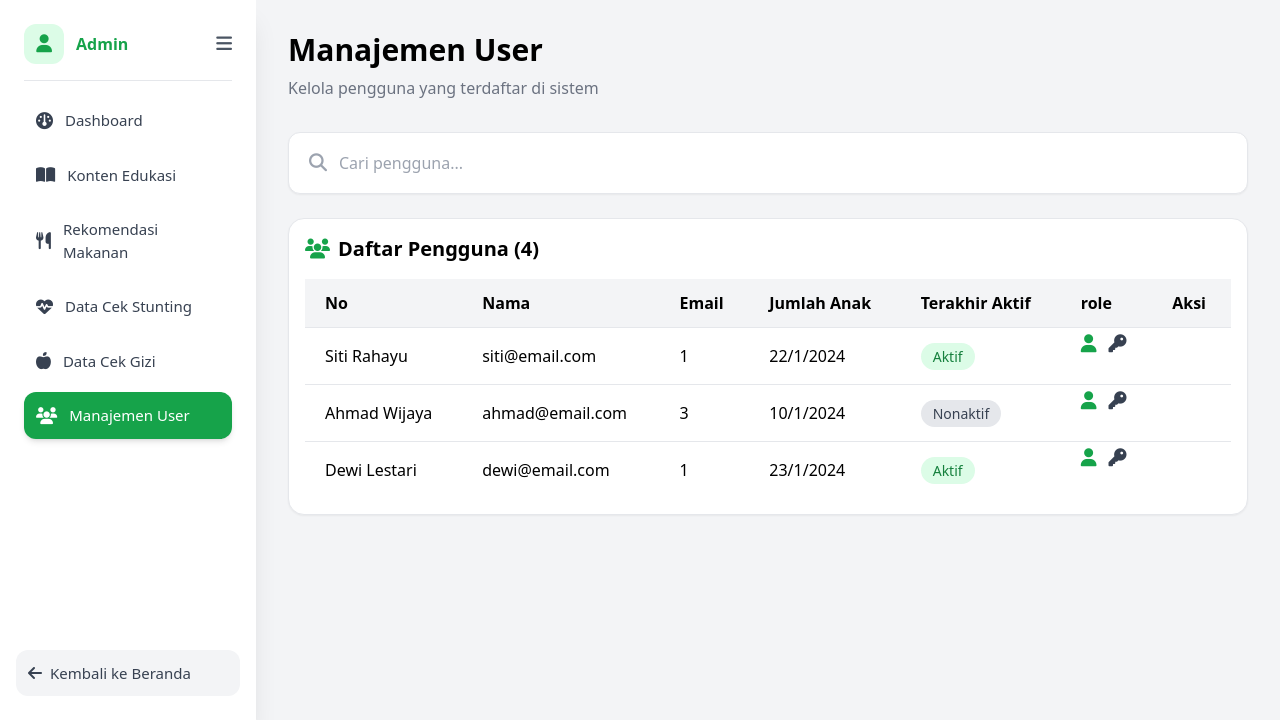
Repository: crashyet/stunting-cerdas
Page: http://localhost/admin/manajemen-user
The author's editor kept a copy of each file at every save. The page is drawn from the files as they stood at one save, then again after a run of saves.
The browser window is 1280 px wide. The pictures show the whole page.
Some web libraries are served in a nearby version. The page is served by the project's Laravel application, run on PHP 8.4 with Laravel 12. A made-up administrator, Test User (test@example.com), is signed in. Queries for data that is not in the repository find no rows.

Above is the page before, as saved 2025-12-09 15:37:30.

After the next 2 saves:
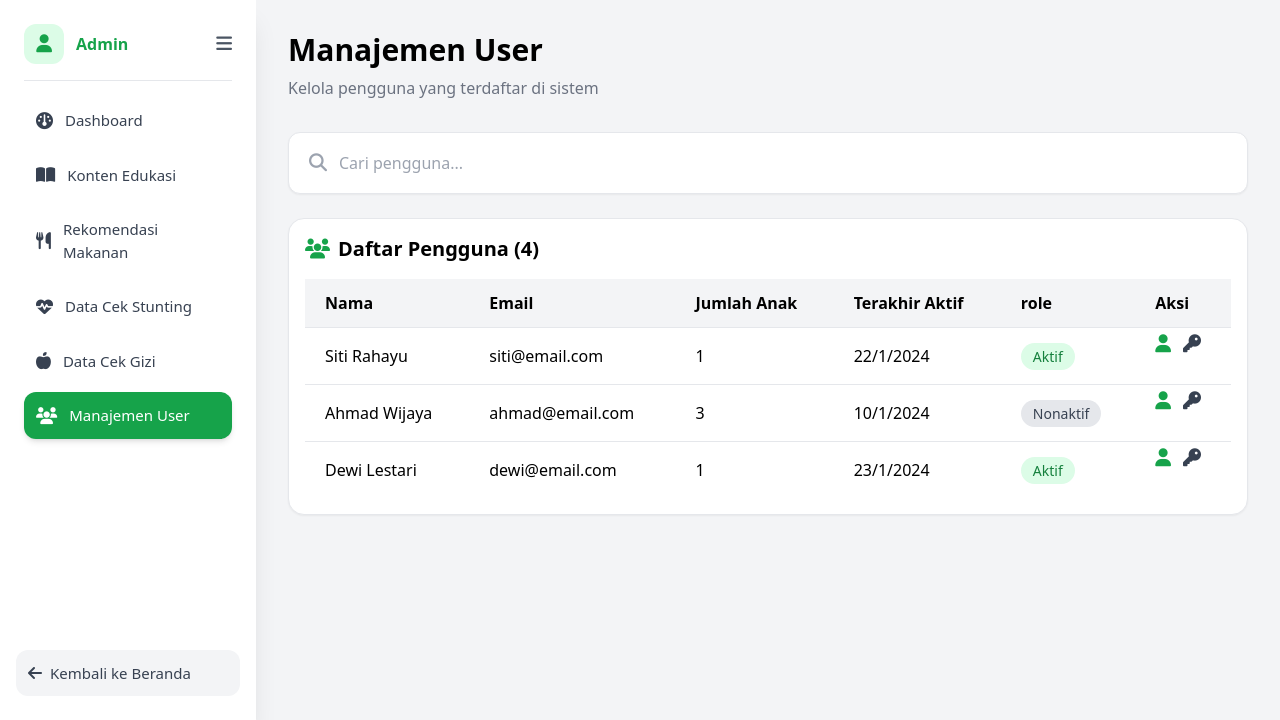
The 2 saves are shown as one change because they came seconds apart.
The last was saved 56 s later.
--- a/resources/views/admin/manajemen-user.blade.php
+++ b/resources/views/admin/manajemen-user.blade.php
@@ -32,7 +32,6 @@
         <table class="w-full text-left">
             <thead class="bg-gray-100 border-b">
                 <tr>
-                    <th class="py-3 px-5">No</th>
                     <th class="py-3 px-5">Nama</th>
                     <th class="py-3 px-5">Email</th>
                     <th class="py-3 px-5">Jumlah Anak</th>
@@ -46,7 +45,6 @@
  @foreach ($users as $user)
                 {{-- ROW 1 --}}
                 <tr class="border-b hover:bg-gray-50 animate-[fadeUp_.85s_ease-out]">
-                    <td class="px-5">{{ $user->id }}</td>
                     <td class="py-4 px-5">{{ $user->name }}</td>
                     <td class="px-5">{{ $user->email }}</td>
                     <td class="px-5"></td>
